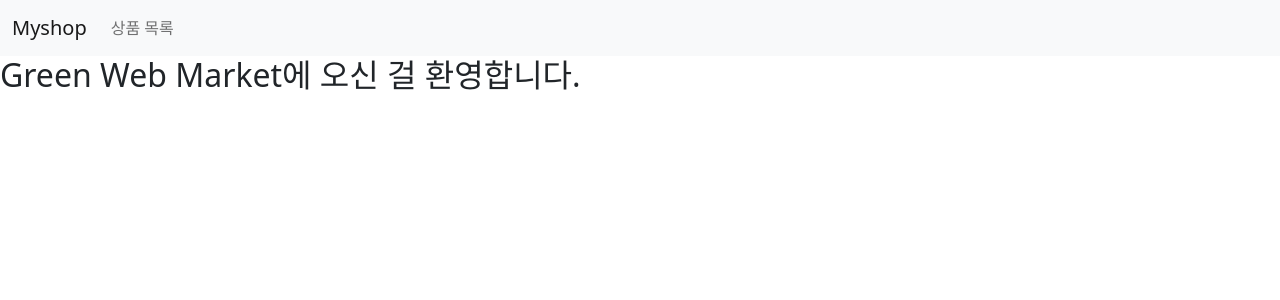
Repository: Yunkieun/jspworks
Page: http://localhost/Market/
The author's editor kept a copy of each file at every save. The page is drawn from the files as they stood at one save, then again after the next save.
The browser window is 1280 px wide. The pictures show the whole page.
The page is served by Tomcat 9. Nobody is signed in. The application's start-up code is not run.

Above is the page before, as saved 2023-07-19 08:44:59.

After the next save:
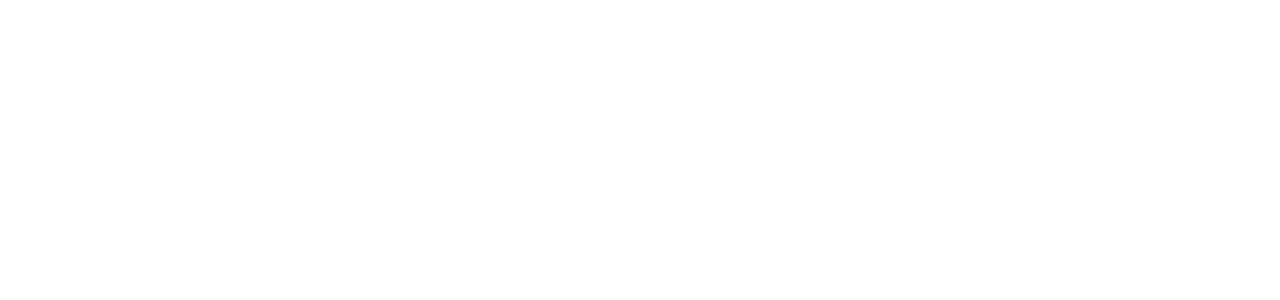
Saved 31 s later.
--- a/Market/src/main/webapp/index.jsp
+++ b/Market/src/main/webapp/index.jsp
@@ -6,6 +6,7 @@
 <meta charset="UTF-8">
 <title>Welcome~</title>
 <link rel="stylesheet" href="resources/css/bootstrap.css">
+<script src="resources/js/bootstrap.js">
 </head>
 <body>
 	<jsp:include page="header.jsp" />

After the save that followed:
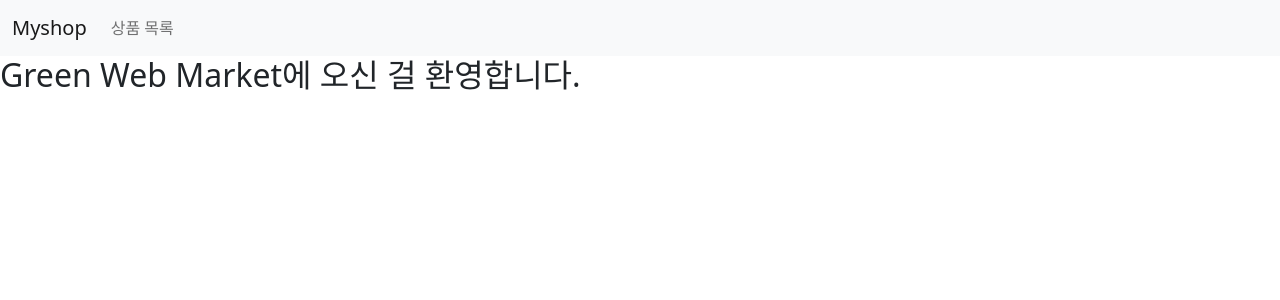
Saved 16 s later.
--- a/Market/src/main/webapp/index.jsp
+++ b/Market/src/main/webapp/index.jsp
@@ -6,7 +6,7 @@
 <meta charset="UTF-8">
 <title>Welcome~</title>
 <link rel="stylesheet" href="resources/css/bootstrap.css">
-<script src="resources/js/bootstrap.js">
+<script src="resources/js/bootstrap.js"></script>
 </head>
 <body>
 	<jsp:include page="header.jsp" />
